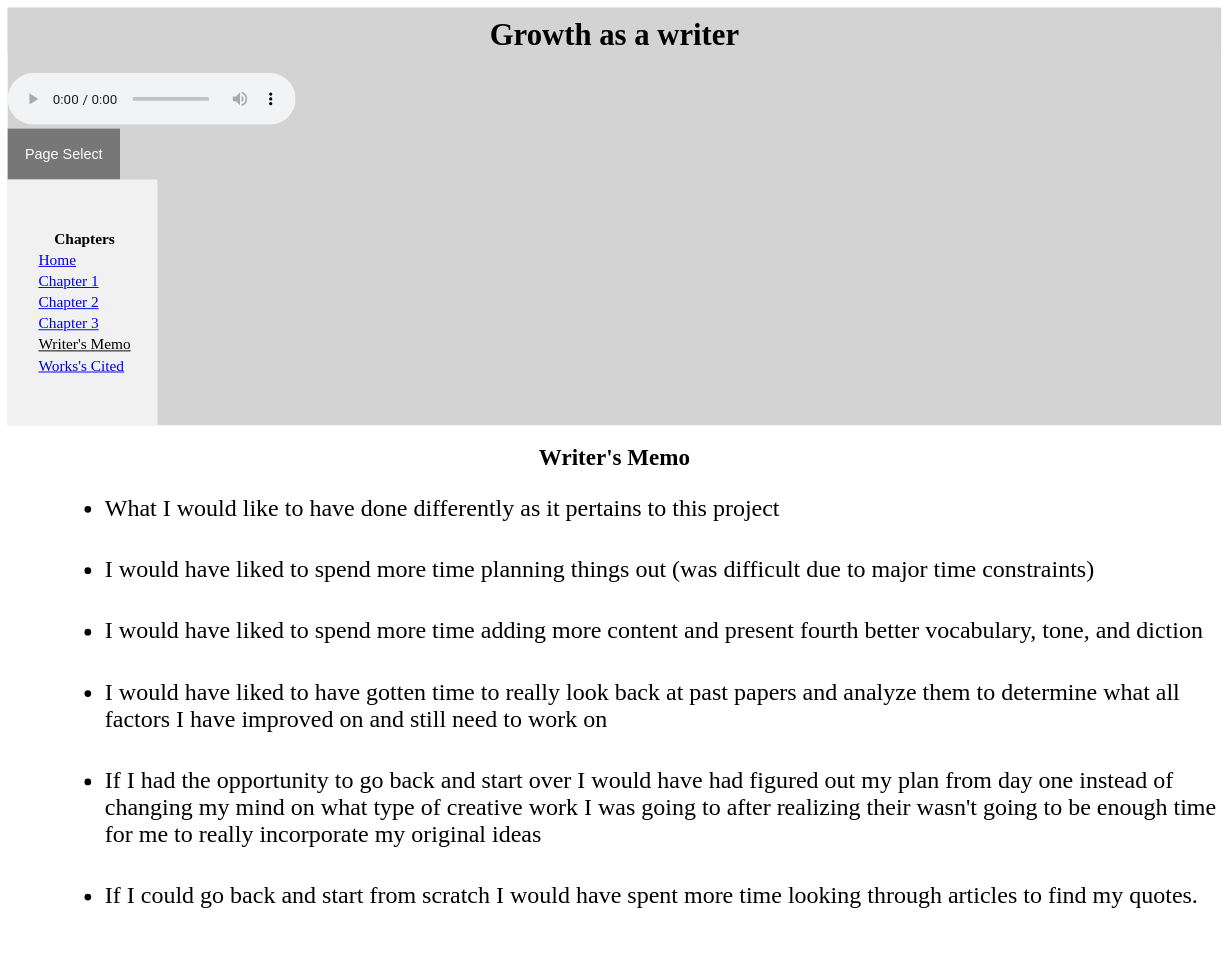
Repository: jpaisiem/WP-4
Page: WritersMemo.html
These files come from the project's save history. The page is drawn as it stood at one moment and after a run of saves; the edit follows.
The browser window is 1280 px wide. The pictures show the whole page, at 96% of full size.

Above is the page before, as saved 2025-05-01 12:24:18.
Console error: TypeError: Cannot read properties of undefined (reading 'toggle')

After the next 2 saves:
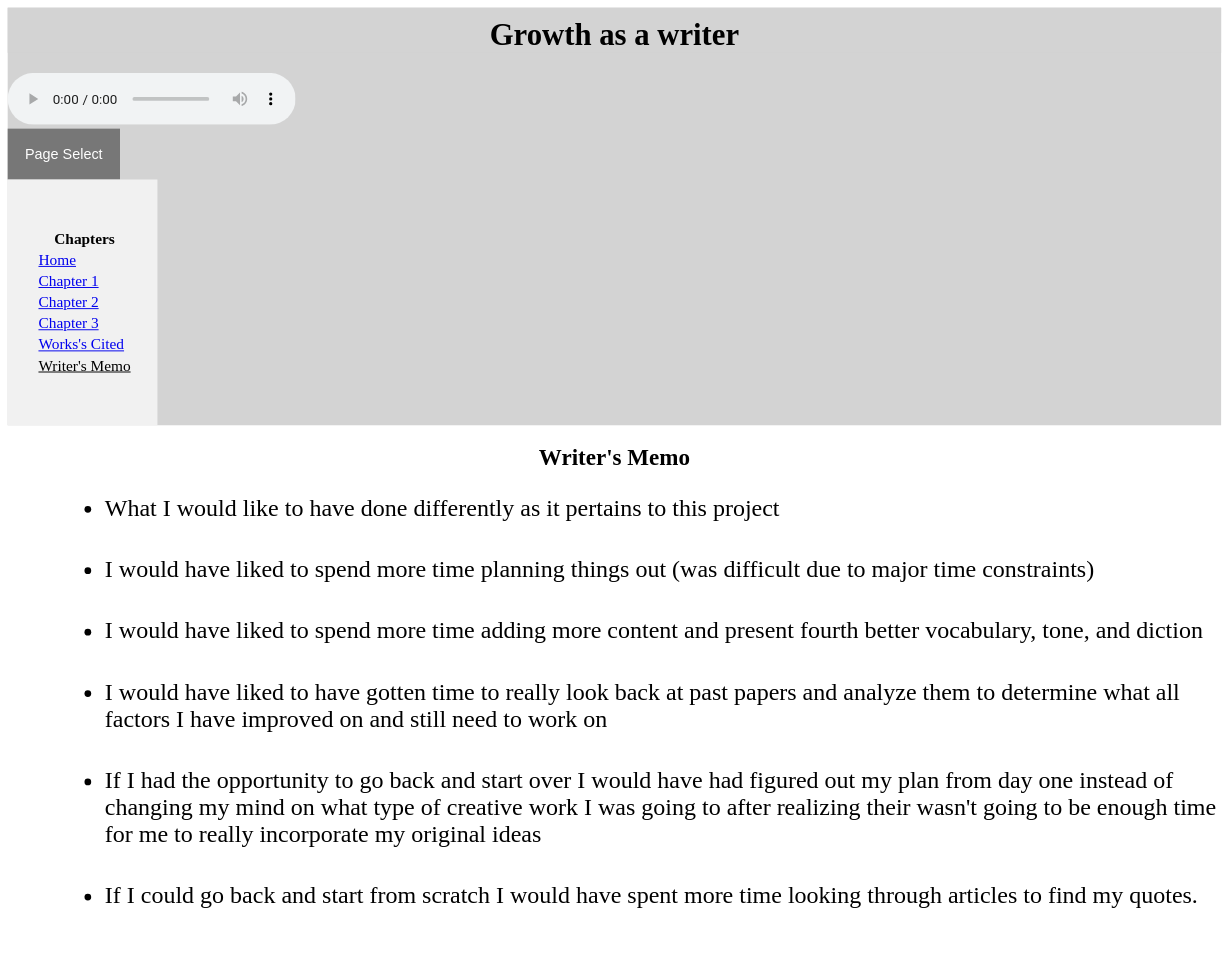
The 2 saves are shown as one change because they came seconds apart.
The last was saved 7 s later.
--- a/WritersMemo.html
+++ b/WritersMemo.html
@@ -71,11 +71,11 @@ li
     <tr>
         <td><a href="Chapter3.html">Chapter 3</a></td>
     </tr>
+     <tr>
+        <td><a href="WorksCited.html">Works&apos;s Cited</a></td>
+    </tr>
     <tr>
         <td><a href="WritersMemo.html" style="color: black;">Writer&apos;s Memo</a></td>
-    </tr>
-    <tr>
-        <td><a href="WorksCited.html">Works&apos;s Cited</a></td>
     </tr>
   </table></p>
 </div>
